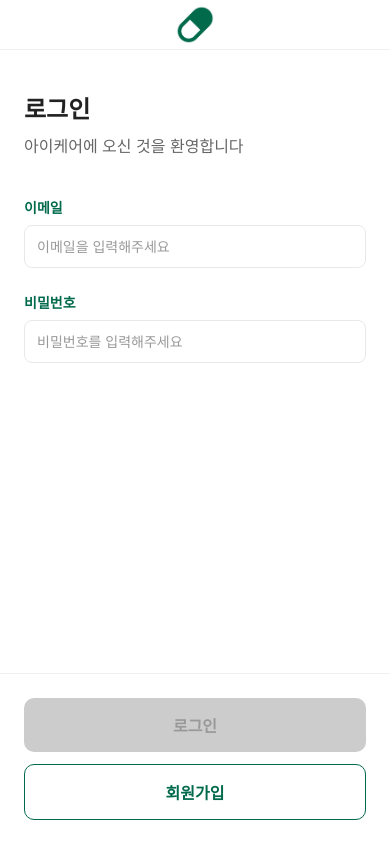
Repository: Sesac-icare/FrontEndiCare
Screen: / (app in iCare/)
These files come from the project's save history. The screen is drawn as it stood at one moment and after the next save; the edit follows.
The app was drawn by React Native's web renderer in a window 390 px wide. The project was rebuilt for these pictures with package versions that can differ from the ones it lists, and the page was loaded fresh each time. Some packages were replaced by stand-ins written for this rebuild. Also part of the build but not shown: iCare/components/Header.js, iCare/components/Contents.js, iCare/components/HospitalList.js, iCare/components/PharmacyList.js, iCare/components/MyPage.js, iCare/components/auth/SignUp.js, iCare/components/DocumentStorage.js.

Above is the screen before, as saved 2025-02-06 11:29:24.

### iCare/index.js
import { registerRootComponent } from "expo";

import App from "./App";

// registerRootComponent calls AppRegistry.registerComponent('main', () => App);
// It also ensures that whether you load the app in Expo Go or in a native build,
// the environment is set up appropriately
registerRootComponent(App);

// import { AppRegistry } from "react-native";
// import App from "./src/App";
// import { iCare } from "./app.json";

// import appConfig from "./app.json";

// const appName = appConfig.expo.name;

// AppRegistry.registerComponent(appName, () => App);

### iCare/App.js
import React, { useState, useEffect } from "react";
import { NavigationContainer } from "@react-navigation/native";
import { createNativeStackNavigator } from "@react-navigation/native-stack";
import { createBottomTabNavigator } from "@react-navigation/bottom-tabs";
import { View, StyleSheet, SafeAreaView, Text } from "react-native";
import { MaterialIcons } from "@expo/vector-icons";
import Header from "./components/Header";
import Contents from "./components/Contents";
import Splash from "./components/Splash";
import HospitalList from "./components/HospitalList";
import PharmacyList from "./components/PharmacyList";
import MyPage from "./components/MyPage";
import Login from "./components/auth/Login";
import SignUp from "./components/auth/SignUp";
import DocumentStorage from "./components/DocumentStorage";

const Stack = createNativeStackNavigator();
const Tab = createBottomTabNavigator();

// 임시 채팅, 마이페이지 컴포넌트
const ChatScreen = () => (
  <SafeAreaView style={styles.safe}>
    <View style={styles.container}>
      <Header />
      <View style={styles.center}>
        <Text>채팅 화면</Text>
      </View>
    </View>
  </SafeAreaView>
);

const HomeScreen = () => {
  return (
    <SafeAreaView style={styles.safe}>
      <View style={styles.container}>
        <Header />
        <Contents />
      </View>
    </SafeAreaView>
  );
};

// 탭 네비게이터
function TabNavigator() {
  return (
    <Tab.Navigator
      screenOptions={{
        headerShown: false,
        tabBarStyle: {
          height: 60,
          borderTopWidth: 1,
          borderTopColor: "#f0f0f0",
          paddingBottom: 20,
          paddingTop: 10,
          height: 80
        },
        tabBarActiveTintColor: "#016a4c",
        tabBarInactiveTintColor: "#CCCCCC",
        tabBarLabelStyle: {
          paddingBottom: 8,
          fontSize: 12,
          fontWeight: "500",
          marginTop: -4
        },
        tabBarIconStyle: {
          marginTop: -4
        }
      }}
    >
      <Tab.Screen
        name="홈"
        component={HomeScreen}
        options={{
          tabBarIcon: ({ color }) => (
            <MaterialIcons name="home" size={28} color={color} />
          )
        }}
      />
      <Tab.Screen
        name="채팅"
        component={ChatScreen}
        options={{
          tabBarIcon: ({ color }) => (
            <MaterialIcons name="forum" size={28} color={color} />
          )
        }}
      />
      <Tab.Screen
        name="마이페이지"
        component={MyPage}
        options={{
          tabBarIcon: ({ color }) => (
            <MaterialIcons name="person" size={28} color={color} />
          )
        }}
      />
    </Tab.Navigator>
  );
}

const App = () => {
  const [isLoading, setIsLoading] = useState(true);

  useEffect(() => {
    // 3초 후에 스플래시 화면 숨기기
    const timer = setTimeout(() => {
      setIsLoading(false);
    }, 3000);

    return () => clearTimeout(timer);
  }, []);

  if (isLoading) {
    return <Splash />;
  }

  return (
    <NavigationContainer>
      <Stack.Navigator screenOptions={{ headerShown: false }}>
        <Stack.Screen name="Login" component={Login} />
        <Stack.Screen name="SignUp" component={SignUp} />
        <Stack.Screen name="MainTabs" component={TabNavigator} />
        <Stack.Screen name="HospitalList" component={HospitalList} />
        <Stack.Screen name="PharmacyList" component={PharmacyList} />
        <Stack.Screen name="DocumentStorage" component={DocumentStorage} />
      </Stack.Navigator>
    </NavigationContainer>
  );
};

const styles = StyleSheet.create({
  safe: {
    flex: 1,
    backgroundColor: "#ffffff"
  },
  container: {
    flex: 1,
    backgroundColor: "#ffffff"
  },
  center: {
    flex: 1,
    justifyContent: "center",
    alignItems: "center"
  },
  button: {
    backgroundColor: "#f0f0f0",
    padding: 14,
    borderRadius: 9,
    marginBottom: 9,
    alignItems: "center"
  },
  buttonText: {
    fontSize: 18,
    color: "green",
    fontFamily: "NotoSansKR"
  }
});

export default App;

### iCare/components/Splash.js
import React from "react";
import { View, Text, StyleSheet, Image, Dimensions } from "react-native";

const { height } = Dimensions.get("window");

export default function Splash() {
  return (
    <View style={styles.container}>
      <View style={styles.logoContainer}>
        <Image
          source={require("../assets/iCareLogo.jpg")}
          style={styles.logo}
          resizeMode="contain"
        />
      </View>
      <View style={styles.footer}>
        <Text style={styles.title}>iCare</Text>
        <Text style={styles.subtitle}>
          아이를 위한 24시간 병원 및 약국 찾기
        </Text>
      </View>
    </View>
  );
}

const styles = StyleSheet.create({
  container: {
    flex: 1,
    backgroundColor: "#016a4c",
    justifyContent: "center"
  },
  logoContainer: {
    position: "absolute",
    top: "40%",
    left: 0,
    right: 0,
    alignItems: "center"
  },
  logo: {
    width: 200,
    height: 200
  },
  footer: {
    position: "absolute",
    bottom: 80,
    left: 0,
    right: 0,
    alignItems: "center"
  },
  title: {
    fontSize: 36,
    color: "#12b67a",
    marginBottom: 8,
    fontFamily: "NotoSansKR",
    fontWeight: "bold"
  },
  subtitle: {
    fontSize: 18,
    color: "white",
    opacity: 0.8,
    fontFamily: "NotoSansKR",
    fontWeight: "400"
  }
});

### iCare/components/auth/Login.js
import React, { useState } from "react";
import {
  View,
  Text,
  StyleSheet,
  TouchableOpacity,
  SafeAreaView,
  Image,
  TextInput,
  KeyboardAvoidingView,
  Platform,
  ScrollView
} from "react-native";
import { MaterialIcons } from "@expo/vector-icons";
import { useNavigation } from "@react-navigation/native";

export default function Login() {
  const navigation = useNavigation();
  const [email, setEmail] = useState("");
  const [password, setPassword] = useState("");

  // 버튼 활성화 여부를 확인하는 함수
  const isLoginButtonEnabled = email.trim() !== "" && password.trim() !== "";

  const handleLogin = () => {
    if (!isLoginButtonEnabled) return;

    // 테스트를 위해 API 호출 없이 바로 메인 화면으로 이동
    navigation.navigate("MainTabs");

    /* 실제 API 연동 코드는 주석 처리
    fetch('api/users/login', {
      method: 'POST',
      headers: {
        'Content-Type': 'application/json',
      },
      body: JSON.stringify({
        email,
        password
      })
    })
    .then(response => response.json())
    .then(data => {
      if (data.token) {
        navigation.navigate("MainTabs");
      }
    })
    .catch(error => {
      if (error.response?.status === 400) {
        alert("이메일 또는 비밀번호가 올바르지 않습니다.");
      }
    });
    */
  };

  return (
    <SafeAreaView style={styles.safe}>
      <KeyboardAvoidingView
        behavior={Platform.OS === "ios" ? "padding" : "height"}
        style={styles.container}
      >
        <View style={styles.header}>
          <Image
            source={require("../../assets/HeaderGreenLogo.png")}
            style={styles.logo}
            resizeMode="contain"
          />
        </View>

        <ScrollView
          style={styles.scrollView}
          contentContainerStyle={styles.scrollViewContent}
          showsVerticalScrollIndicator={false}
        >
          <View style={styles.content}>
            <View style={styles.titleContainer}>
              <Text style={styles.title}>로그인</Text>
              <Text style={styles.subtitle}>아이케어에 오신 것을 환영합니다</Text>
            </View>

            <View style={styles.inputSection}>
              <Text style={styles.label}>이메일</Text>
              <TextInput
                style={styles.input}
                placeholder="이메일을 입력해주세요"
                placeholderTextColor="#999"
                value={email}
                onChangeText={setEmail}
                autoCapitalize="none"
                keyboardType="email-address"
              />
            </View>

            <View style={styles.inputSection}>
              <Text style={styles.label}>비밀번호</Text>
              <TextInput
                style={styles.input}
                placeholder="비밀번호를 입력해주세요"
                placeholderTextColor="#999"
                secureTextEntry
                value={password}
                onChangeText={setPassword}
              />
            </View>
          </View>
        </ScrollView>

        <View style={styles.buttonWrapper}>
          <TouchableOpacity
            style={[
              styles.loginButton,
              !isLoginButtonEnabled && styles.loginButtonDisabled
            ]}
            onPress={handleLogin}
            disabled={!isLoginButtonEnabled}
          >
            <Text style={[
              styles.loginButtonText,
              !isLoginButtonEnabled && styles.loginButtonTextDisabled
            ]}>로그인</Text>
          </TouchableOpacity>

          <TouchableOpacity
            style={styles.button}
            onPress={() => navigation.navigate("SignUp")}
          >
            <Text style={styles.buttonText}>회원가입</Text>
          </TouchableOpacity>
        </View>
      </KeyboardAvoidingView>
    </SafeAreaView>
  );
}

const styles = StyleSheet.create({
  safe: {
    flex: 1,
    backgroundColor: "#fff"
  },
  container: {
    flex: 1,
    backgroundColor: "#fff"
  },
  header: {
    height: 50,
    flexDirection: "row",
    alignItems: "center",
    justifyContent: "center",
    borderBottomWidth: 1,
    borderBottomColor: "#f0f0f0",
    backgroundColor: "#fff"
  },
  logo: {
    width: 40,
    height: 40
  },
  scrollView: {
    flex: 1
  },
  scrollViewContent: {
    flexGrow: 1,
    paddingBottom: 24
  },
  content: {
    flex: 1,
    padding: 24,
    paddingTop: 40
  },
  titleContainer: {
    marginBottom: 40
  },
  title: {
    fontSize: 24,
    fontWeight: "bold",
    color: "#222",
    marginBottom: 8
  },
  subtitle: {
    fontSize: 16,
    color: "#666"
  },
  inputSection: {
    marginBottom: 24
  },
  label: {
    fontSize: 14,
    color: "#016A4C",
    marginBottom: 8,
    fontWeight: "600"
  },
  input: {
    borderWidth: 1,
    borderColor: "#E8E8E8",
    borderRadius: 8,
    padding: 12,
    fontSize: 14,
    color: "#222222"
  },
  buttonWrapper: {
    padding: 24,
    paddingBottom: Platform.OS === 'ios' ? 34 : 24,
    borderTopWidth: 1,
    borderTopColor: '#f0f0f0',
    backgroundColor: '#fff'
  },
  loginButton: {
    backgroundColor: "#016A4C",
    paddingVertical: 15,
    borderRadius: 10,
    alignItems: "center",
    marginBottom: 12
  },
  loginButtonDisabled: {
    backgroundColor: "#CCCCCC"
  },
  loginButtonText: {
    color: "#fff",
    fontSize: 16,
    fontWeight: "600"
  },
  loginButtonTextDisabled: {
    color: "#999999"
  },
  button: {
    backgroundColor: "#fff",
    paddingVertical: 15,
    borderRadius: 10,
    alignItems: "center",
    borderWidth: 1,
    borderColor: "#016A4C"
  },
  buttonText: {
    fontSize: 16,
    color: "#016A4C",
    fontWeight: "600"
  }
});

After the next save:
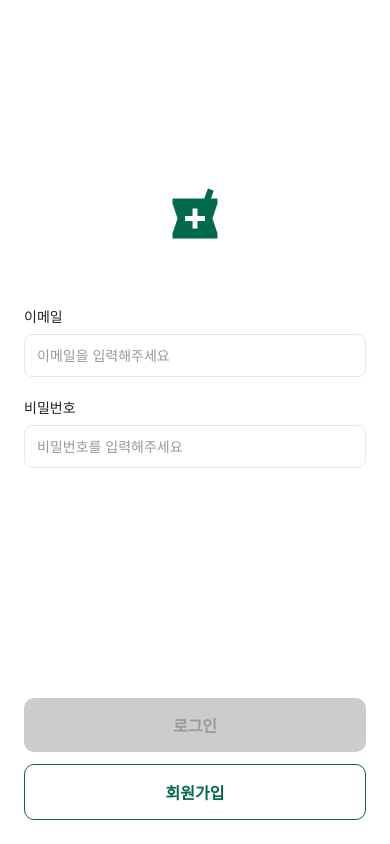
Saved 11 min 8 s later.
--- a/iCare/components/auth/Login.js
+++ b/iCare/components/auth/Login.js
@@ -59,51 +59,36 @@ export default function Login() {
         behavior={Platform.OS === "ios" ? "padding" : "height"}
         style={styles.container}
       >
-        <View style={styles.header}>
-          <Image
-            source={require("../../assets/HeaderGreenLogo.png")}
-            style={styles.logo}
-            resizeMode="contain"
-          />
+        <View style={styles.content}>
+          <View style={styles.logoContainer}>
+            <MaterialIcons name="local-pharmacy" size={60} color="#016A4C" />
+          </View>
+
+          <View style={styles.inputSection}>
+            <Text style={styles.label}>이메일</Text>
+            <TextInput
+              style={styles.input}
+              placeholder="이메일을 입력해주세요"
+              placeholderTextColor="#999"
+              value={email}
+              onChangeText={setEmail}
+              autoCapitalize="none"
+              keyboardType="email-address"
+            />
+          </View>
+
+          <View style={styles.inputSection}>
+            <Text style={styles.label}>비밀번호</Text>
+            <TextInput
+              style={styles.input}
+              placeholder="비밀번호를 입력해주세요"
+              placeholderTextColor="#999"
+              secureTextEntry
+              value={password}
+              onChangeText={setPassword}
+            />
+          </View>
         </View>
-
-        <ScrollView
-          style={styles.scrollView}
-          contentContainerStyle={styles.scrollViewContent}
-          showsVerticalScrollIndicator={false}
-        >
-          <View style={styles.content}>
-            <View style={styles.titleContainer}>
-              <Text style={styles.title}>로그인</Text>
-              <Text style={styles.subtitle}>아이케어에 오신 것을 환영합니다</Text>
-            </View>
-
-            <View style={styles.inputSection}>
-              <Text style={styles.label}>이메일</Text>
-              <TextInput
-                style={styles.input}
-                placeholder="이메일을 입력해주세요"
-                placeholderTextColor="#999"
-                value={email}
-                onChangeText={setEmail}
-                autoCapitalize="none"
-                keyboardType="email-address"
-              />
-            </View>
-
-            <View style={styles.inputSection}>
-              <Text style={styles.label}>비밀번호</Text>
-              <TextInput
-                style={styles.input}
-                placeholder="비밀번호를 입력해주세요"
-                placeholderTextColor="#999"
-                secureTextEntry
-                value={password}
-                onChangeText={setPassword}
-              />
-            </View>
-          </View>
-        </ScrollView>
 
         <View style={styles.buttonWrapper}>
           <TouchableOpacity
@@ -141,52 +126,23 @@ const styles = StyleSheet.create({
     flex: 1,
     backgroundColor: "#fff"
   },
-  header: {
-    height: 50,
-    flexDirection: "row",
-    alignItems: "center",
-    justifyContent: "center",
-    borderBottomWidth: 1,
-    borderBottomColor: "#f0f0f0",
-    backgroundColor: "#fff"
-  },
-  logo: {
-    width: 40,
-    height: 40
-  },
-  scrollView: {
-    flex: 1
-  },
-  scrollViewContent: {
-    flexGrow: 1,
-    paddingBottom: 24
-  },
   content: {
     flex: 1,
     padding: 24,
-    paddingTop: 40
+    justifyContent: "center"
   },
-  titleContainer: {
-    marginBottom: 40
-  },
-  title: {
-    fontSize: 24,
-    fontWeight: "bold",
-    color: "#222",
-    marginBottom: 8
-  },
-  subtitle: {
-    fontSize: 16,
-    color: "#666"
+  logoContainer: {
+    alignItems: "center",
+    marginBottom: 60
   },
   inputSection: {
-    marginBottom: 24
+    marginBottom: 20
   },
   label: {
     fontSize: 14,
-    color: "#016A4C",
+    color: "#222",
     marginBottom: 8,
-    fontWeight: "600"
+    fontWeight: "500"
   },
   input: {
     borderWidth: 1,
@@ -198,10 +154,7 @@ const styles = StyleSheet.create({
   },
   buttonWrapper: {
     padding: 24,
-    paddingBottom: Platform.OS === 'ios' ? 34 : 24,
-    borderTopWidth: 1,
-    borderTopColor: '#f0f0f0',
-    backgroundColor: '#fff'
+    paddingBottom: Platform.OS === 'ios' ? 34 : 24
   },
   loginButton: {
     backgroundColor: "#016A4C",
